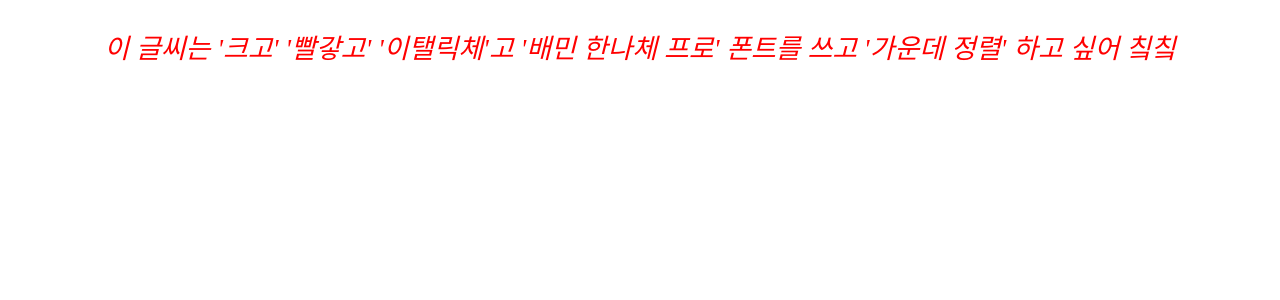
Repository: hyunah-aha/hyunah-aha
Page: HTML/font.1.html
The author's editor kept a record of every edit. The page is drawn from the files as they stood at one moment, then again after the next edit.
The browser window is 1280 px wide. The pictures show the whole page.
Some web fonts or font styles are not loaded; a fallback is used.

Above is the page before.

### HTML/font.1.html
<!DOCTYPE html>
<html lang="kr">
<head>
    <meta charset="UTF-8">
    <title>저는 멋쟁이 사자입니다.</title>
    <style type="text/css">
    @font-face { font-family: 'BMHANNAAir'; src: url('https://cdn.jsdelivr.net/gh/projectnoonnu/noonfonts_four@1.0/BMHANNAAir.woff') format('woff'); font-weight: normal; font-style: normal; }
        .special {
            font-family:'BMHANNAAir';
            color: red;
            font-size: 27px;
            font-style: italic;
            text-align: center;

        }
    </style>
</head>
<body>
    <p class="special">
        이 글씨는 '크고' '빨갛고' '이탤릭체'고 '배민 한나체 프로' 폰트를 쓰고
        '가운데 정렬' 하고 싶어 칰칰
    </p>
</body>
</html>

After the next edit:
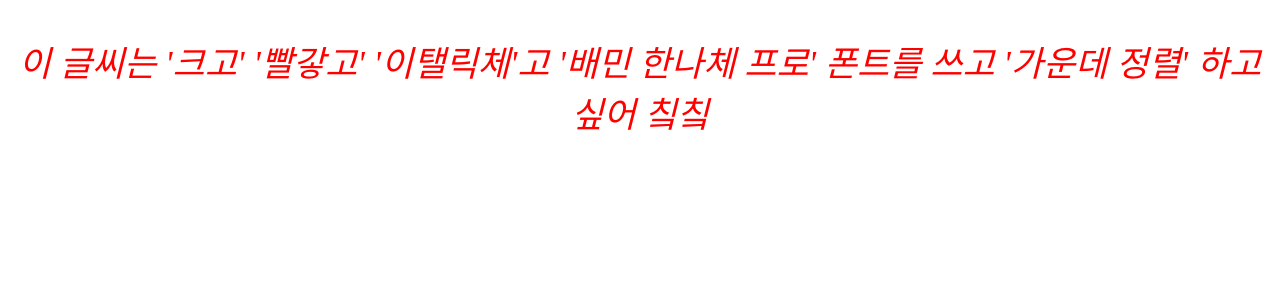
The edit:
--- a/HTML/font.1.html
+++ b/HTML/font.1.html
@@ -8,7 +8,7 @@
         .special {
             font-family:'BMHANNAAir';
             color: red;
-            font-size: 27px;
+            font-size: 35px;
             font-style: italic;
             text-align: center;
 
